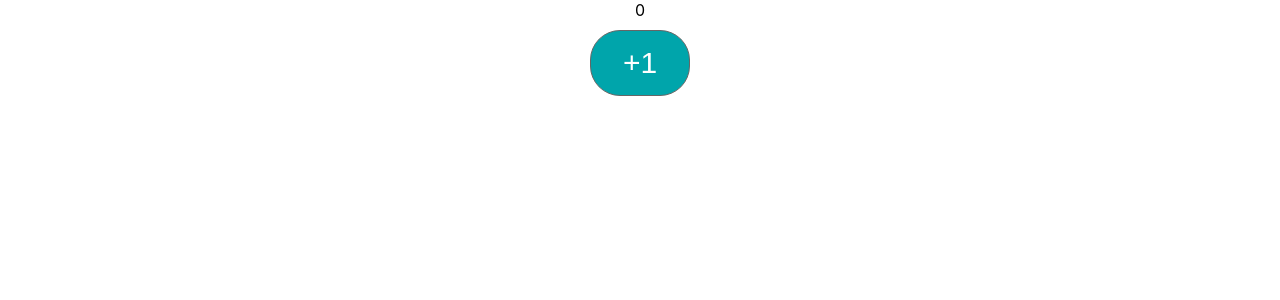
Repository: alexveremis/ReactWithRestAPI
Page: /login
The author's editor kept a copy of each file at every save. The page is drawn from the files as they stood at one save, then again after a run of saves.
The browser window is 1280 px wide. The pictures show the whole page.
The project was rebuilt for these pictures with package versions that can differ from the ones it lists, and the page was loaded fresh each time.

Above is the page before, as saved 2023-11-01 15:03:34.

### src/App.js
import './App.css';
import { Component } from 'react';
import Counter from './components/counter/Counter'


function App() {
  return (
    <div className="App">
      <Counter />
    </div>
  );
}

export default App;

### src/components/counter/Counter.jsx
export default function Counter() {


    const buttonStyle = {
        fontSize:"30px",
        backgroundColor:"#00a5ab",
        width:'100px',
        margin:'10px',
        color:'white',
        padding: '15px',
        border: "1px solid #666666",
        borderRadius: "30px",
    };

    function incrementCounterFunction() {
        console.log('increment clicked')
    }
    return (
        <div className="Counter">
            <span className="count">0</span>
            <div>
                <button className="counterButton"
                        onClick={incrementCounterFunction}
                        style ={buttonStyle}>+1</button>
            </div>
        </div>
    )

}

Loaded but not shown: public/index.html (common file); src/index.js (common file); src/index.css (common file); src/reportWebVitals.js (common file); src/App.css (common file)

After the next 2 saves:
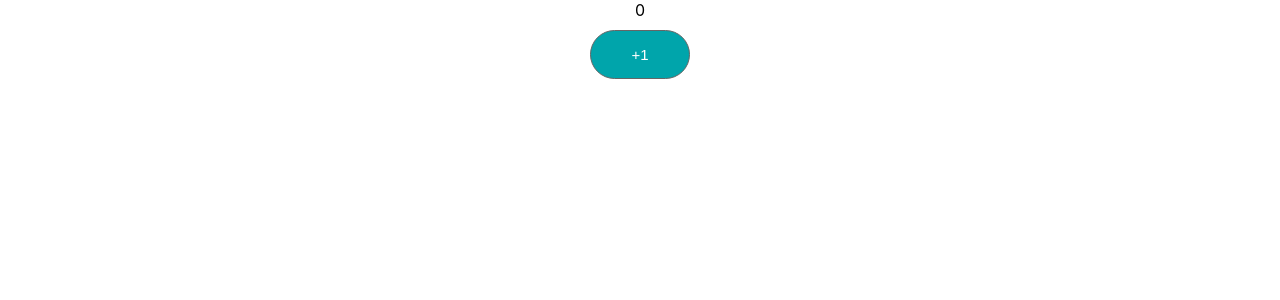
The 2 saves are shown as one change because they came seconds apart.
The last was saved 10 s later.
--- a/src/components/counter/Counter.jsx
+++ b/src/components/counter/Counter.jsx
@@ -2,7 +2,7 @@ export default function Counter() {
 
 
     const buttonStyle = {
-        fontSize:"30px",
+        fontSize:"15px",
         backgroundColor:"#00a5ab",
         width:'100px',
         margin:'10px',
